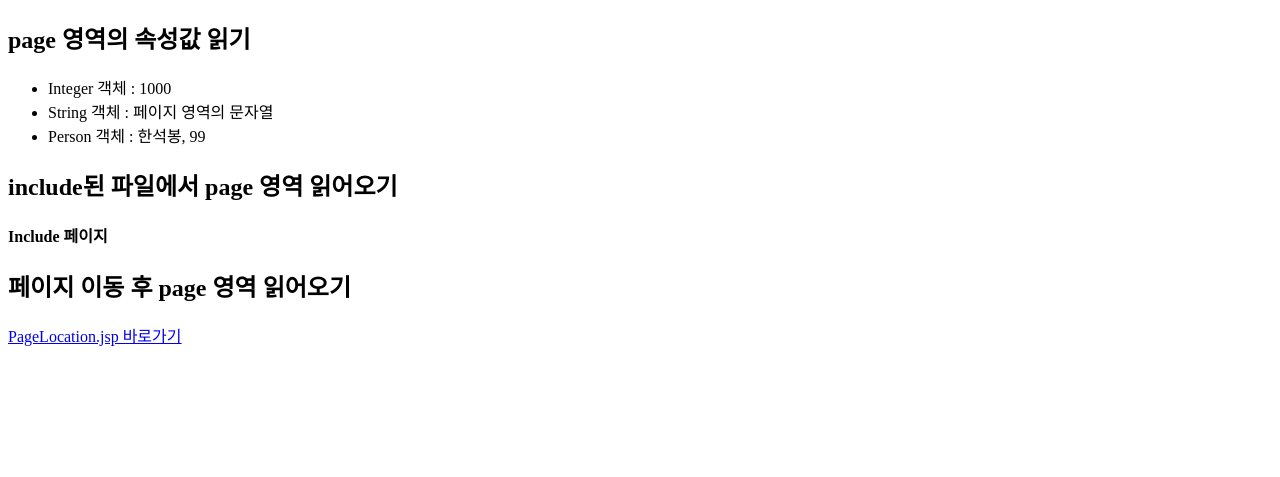
Repository: SteelIndustry/neo
Page: http://localhost/HelloWorld/03Scope/PageContextMain.jsp
An editor plug-in stored every save of this project. The page is shown before and after the next save, followed by the edit.
The browser window is 1280 px wide. The pictures show the whole page.
The page is served by Tomcat 9.

Above is the page before, as saved 2022-09-05 04:30:25.

After the next save:
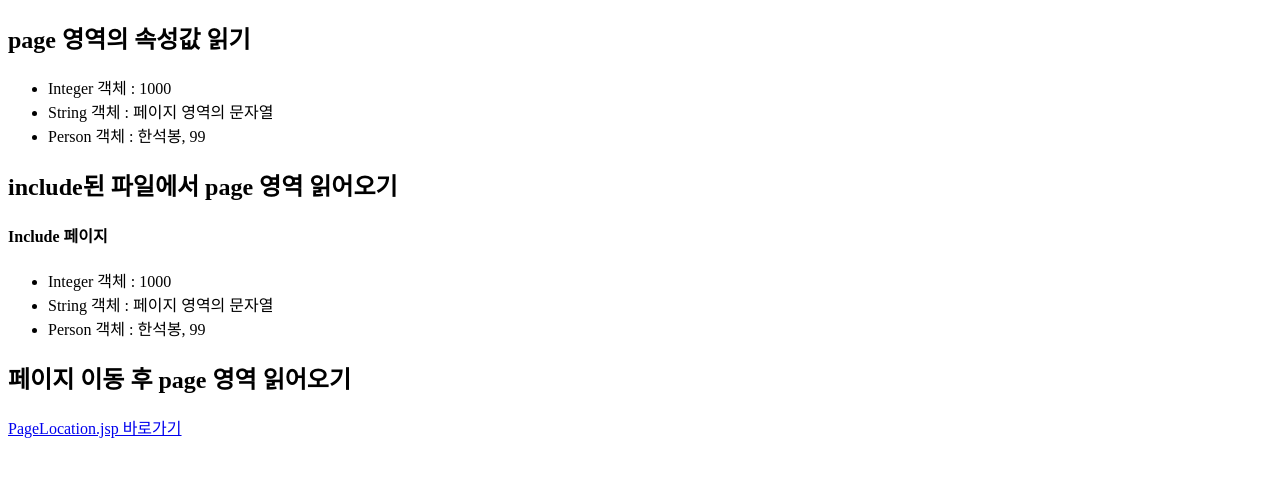
Saved 68 s later.
--- a/WebJSP/HelloWorld/WebContent/03Scope/PageInclude.jsp
+++ b/WebJSP/HelloWorld/WebContent/03Scope/PageInclude.jsp
@@ -7,3 +7,9 @@
 int pInteger2 = (Integer)(pageContext.getAttribute("pageInteger"));
 Person pPerson2 = (Person)(pageContext.getAttribute("pagePerson"));
 %>
+
+<ul>
+	<li>Integer 객체 : <%= pInteger2 %></li>
+	<li>String 객체 : <%= pageContext.getAttribute("pageString") %></li>
+	<li>Person 객체 : <%= pPerson2.getName() %>, <%=pPerson2.getAge() %></li>
+</ul>
